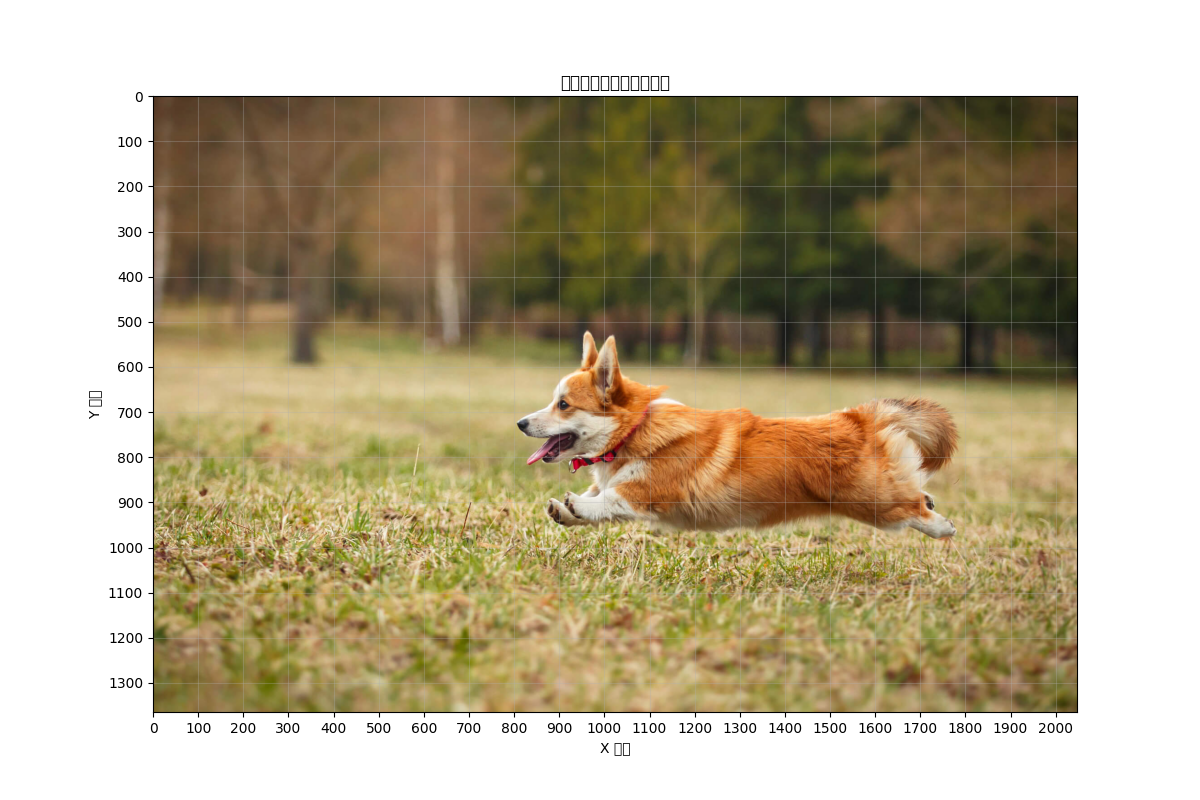
Repository: awisdriv/dsp_homework
Script's output: python code/segment-anything-main/show_image.py
The author's editor kept a copy of each file at every save. The script's output is drawn from the files as they stood at one save, then again after the next save.
Random numbers start from a fixed seed. It also reads code/segment-anything-main/image/dog.png.

Above is the script's output before, as saved 2025-06-29 17:55:20.

### code/segment-anything-main/show_image.py
import cv2
import matplotlib.pyplot as plt
import numpy as np

def show_image_with_coordinates():
    # 读取图像
    image = cv2.imread(r'D:\workstation\sam\segment-anything-main\image\dog.png')
    if image is None:
        print("错误：无法读取图像文件")
        return

    # 转换颜色空间从BGR到RGB
    image = cv2.cvtColor(image, cv2.COLOR_BGR2RGB)

    # 获取图像尺寸
    h, w = image.shape[:2]
    print(f"图像尺寸: 宽度={w}, 高度={h}")

    # 创建图像窗口
    plt.figure(figsize=(12, 8))

    # 显示图像
    plt.imshow(image)

    # 添加网格
    plt.grid(True, alpha=0.3)

    # 设置坐标轴刻度
    plt.xticks(np.arange(0, w, 100))
    plt.yticks(np.arange(0, h, 100))

    # 添加标题和标签
    plt.title("原始图像（带坐标网格）")
    plt.xlabel("X 坐标")
    plt.ylabel("Y 坐标")

    # 启用坐标显示
    def format_coord(x, y):
        return f'x={int(x)}, y={int(y)}'
    plt.gca().format_coord = format_coord

    # 显示图像
    plt.show()

if __name__ == "__main__":
    show_image_with_coordinates()

After the next save:
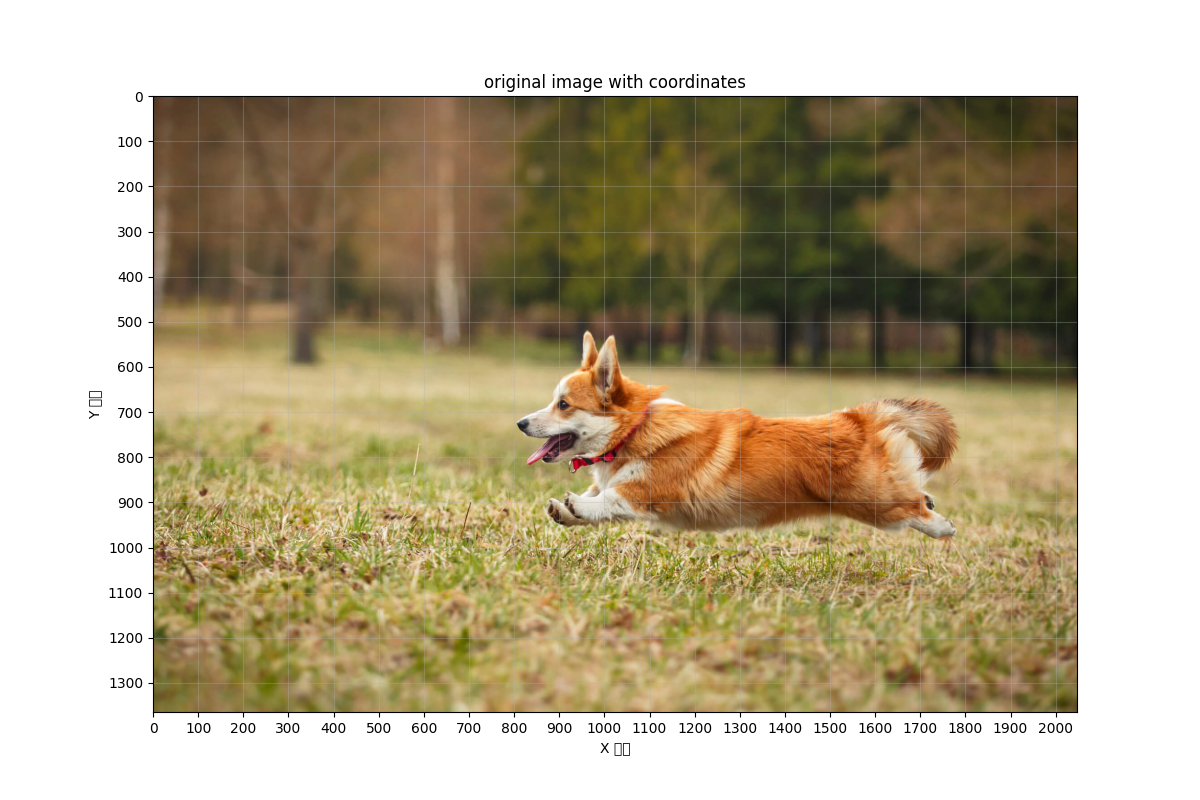
Saved 40 s later.
--- a/code/segment-anything-main/show_image.py
+++ b/code/segment-anything-main/show_image.py
@@ -30,7 +30,7 @@ def show_image_with_coordinates():
     plt.yticks(np.arange(0, h, 100))
 
     # 添加标题和标签
-    plt.title("原始图像（带坐标网格）")
+    plt.title("original image with coordinates")
     plt.xlabel("X 坐标")
     plt.ylabel("Y 坐标")
 
